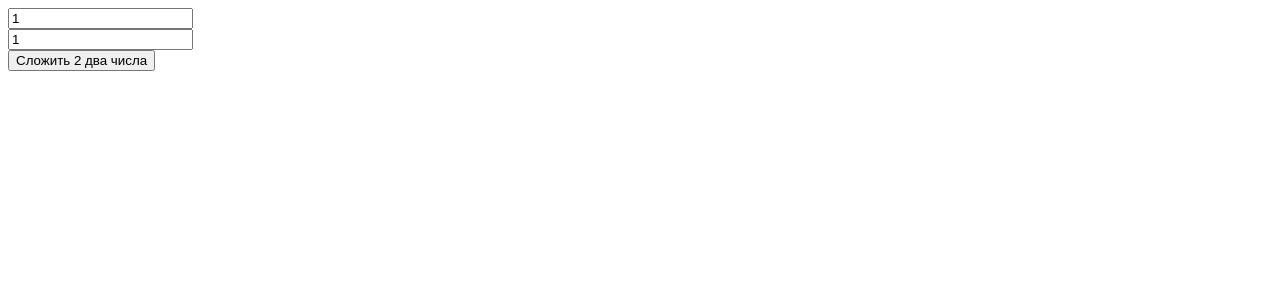
Repository: KhudanJeugene/StudyingInHillel
Page: Calculator/WebContent/Calc1.html
An editor plug-in stored every save of this project. The page is shown before and after the next save, followed by the edit.
The browser window is 1280 px wide. The pictures show the whole page.

Above is the page before, as saved 2016-02-07 18:32:32.

### Calculator/WebContent/Calc1.html
<!DOCTYPE html>
<html lang="ru">
	<head>
		<meta charset="UTF-8" />
		<meta http-equiv="X-UA-Compatible" content="IE=edge,chrome=1">
		<meta name="viewport" content="width=device-width, initial-scale=1.0">
		<title>Программа сложения двух чисел</title>

		<script>
		function addition() {
			var a = parseInt(document.getElementById('a').value);
			var b = parseInt(document.getElementById('b').value);

			if (isNaN(a)==true) a=0;
			if (isNaN(b)==true) b=0;

			var c = a + b;

			document.getElementById('result').innerHTML = a + " + " + b + " = " + c;
		}
		</script>
	</head>
	<body>
		<form>
			<input id="a" type="text" value="1"><br>
			<input id="b" type="text" value="1"><br>
			<input type="button" value="Сложить 2 два числа" onclick="addition();"><br>
		</form>
	<div id="result"></div>
	</body>
</html>

After the next save:
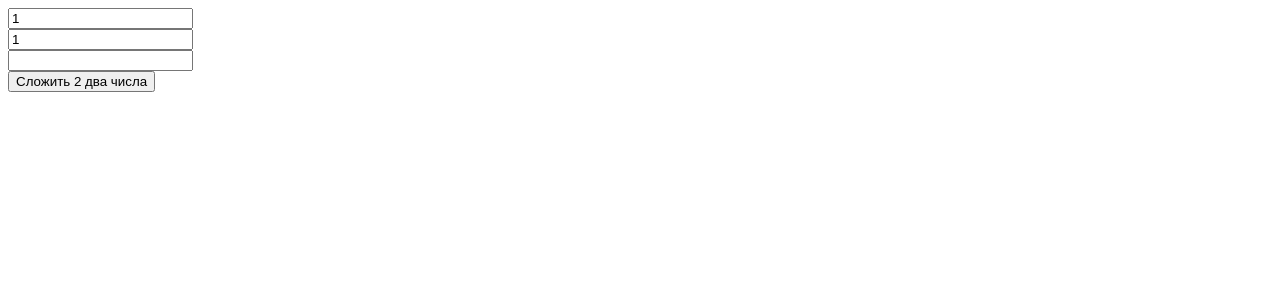
Saved 57 s later.
--- a/Calculator/WebContent/Calc1.html
+++ b/Calculator/WebContent/Calc1.html
@@ -24,8 +24,8 @@
 		<form>
 			<input id="a" type="text" value="1"><br>
 			<input id="b" type="text" value="1"><br>
+			<input id="result" type="text"><br>
 			<input type="button" value="Сложить 2 два числа" onclick="addition();"><br>
 		</form>
-	<div id="result"></div>
 	</body>
 </html>
